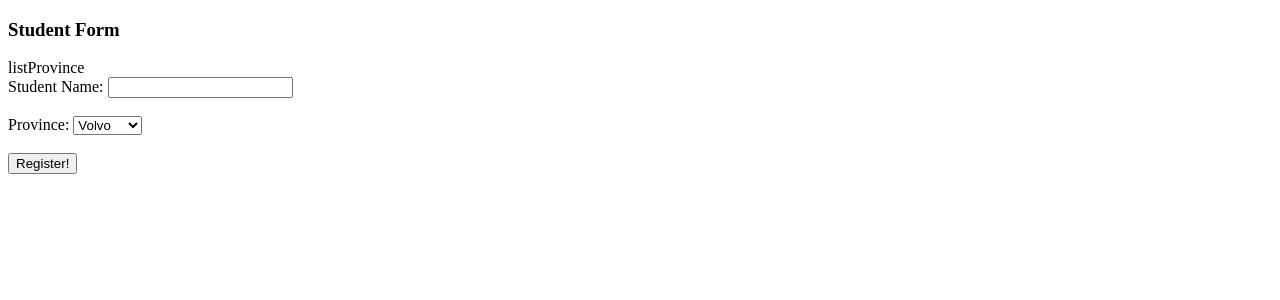
Repository: hunggtham/First-Jsp-and-Servlet-Project
Page: http://localhost/12DemoDropDown/
The author's editor kept a copy of each file at every save. The page is drawn from the files as they stood at one save, then again after the next save.
The browser window is 1280 px wide. The pictures show the whole page.
The page is served by Tomcat 9. Queries for data that is not in the repository find no rows.

Above is the page before, as saved 2022-08-15 15:10:53.

After the next save:
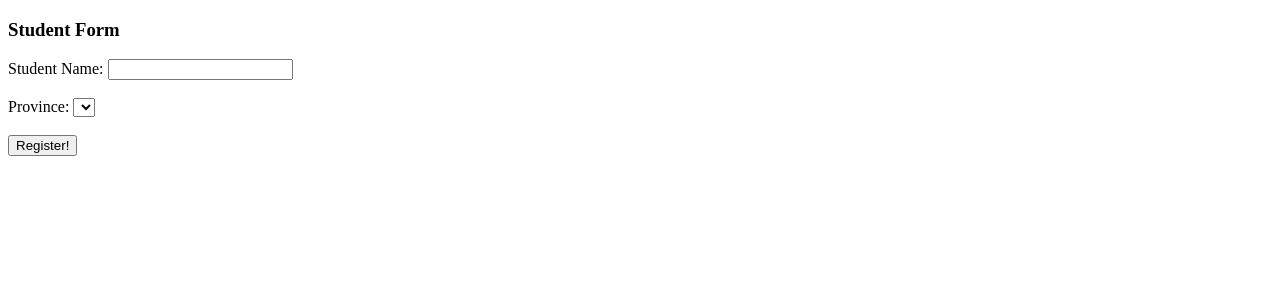
Saved 2 min 47 s later.
--- a/12DemoDropDown/src/main/webapp/WEB-INF/View/Home.jsp
+++ b/12DemoDropDown/src/main/webapp/WEB-INF/View/Home.jsp
@@ -9,14 +9,15 @@
 </head>
 <body>
 	<h3>Student Form</h3>
-	listProvince
-	<form action = "" method = "POST">
+
+	<form action="" method="POST">
 		Student Name: <input type="text" name="uname"> <br> <br>
 		Province: <select>
-			<option value="vol">Volvo</option>
-			<option value="huyndai">hyundai</option>
-			<option value="vinfast">Vinfast</option>
-			<option value="BMW">BMW</option>
+
+			<c:forEach items="${listProvince }" var = "display">
+				<option value="${display.provinceId}">${display.provinceName}</option>
+
+			</c:forEach>
 		</select> <br> <br> <input type="submit" value="Register!" />
 	</form>
 </body>
